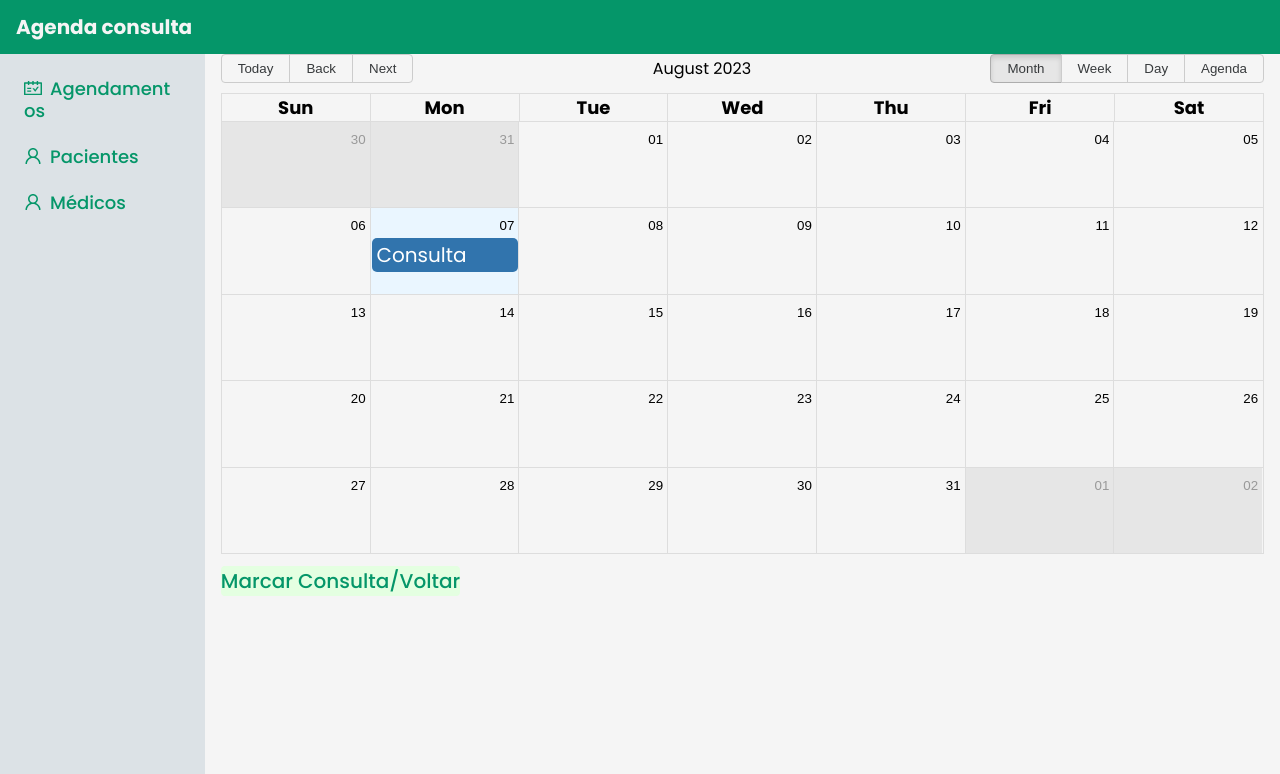
Repository: BarbaraCD/agendaconsulta
Page: /appointments/calendar
These files come from the project's save history. The page is drawn as it stood at one moment and after the next save; the edit follows.
The browser window is 1280 px wide. The pictures show the whole page.
The project was rebuilt for these pictures with package versions that can differ from the ones it lists, and the page was loaded fresh each time. Also part of the build but not shown: vite.config.ts, src/styles/StyleList.ts, src/components/Doctors.tsx, src/services/ApiConfig.ts, src/services/doctor.services.ts, src/styles/InputContainer.ts, src/components/InputDoctors.tsx, src/components/SubmitButton.tsx and 8 more.

Above is the page before, as saved 2023-08-08 08:53:59.

After the next save:
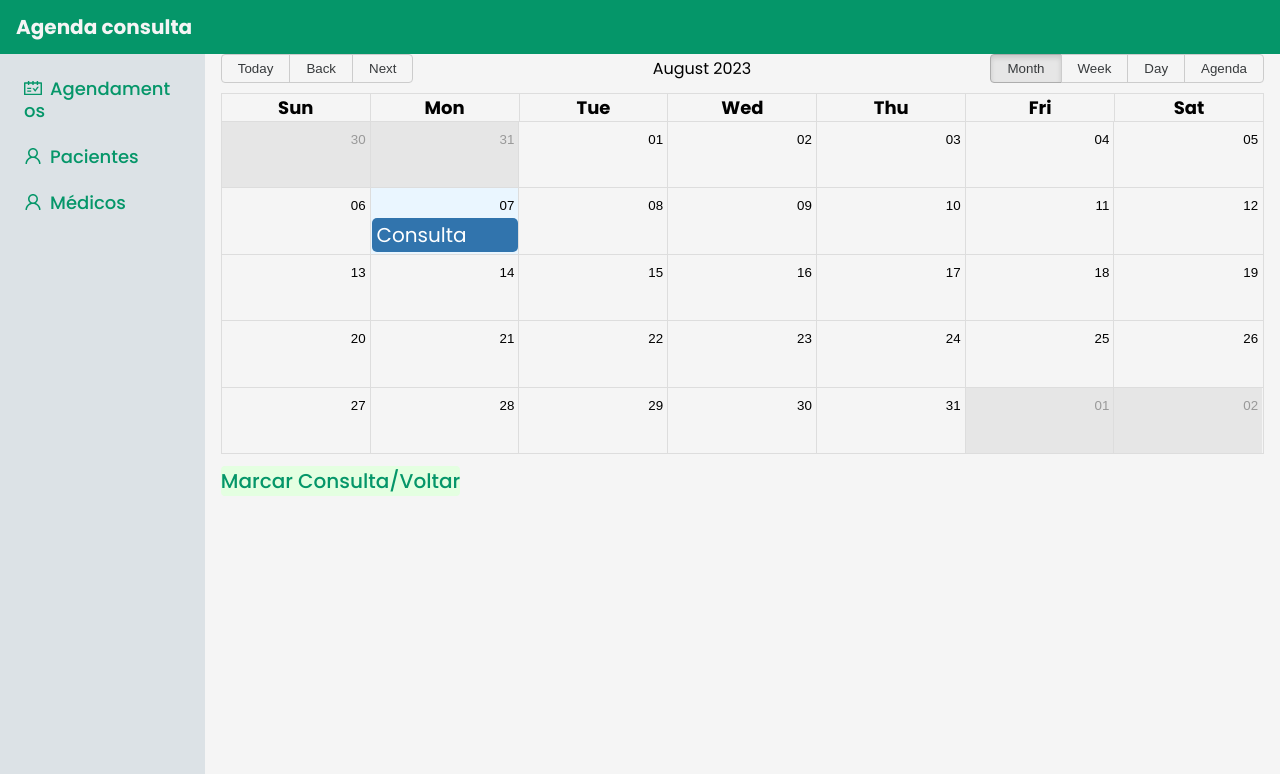
Saved 16 s later.
--- a/src/components/Calendar.tsx
+++ b/src/components/Calendar.tsx
@@ -29,7 +29,7 @@ export const AppointmentsCalendar = () => {
         defaultView='month'
         selectable
         popup
-        style={{ height: 500 }}
+        style={{ height: 400 }}
       />
       <ApFooter>
         <StyledA href="/appointments">Marcar Consulta/Voltar</StyledA>

After the save that followed:
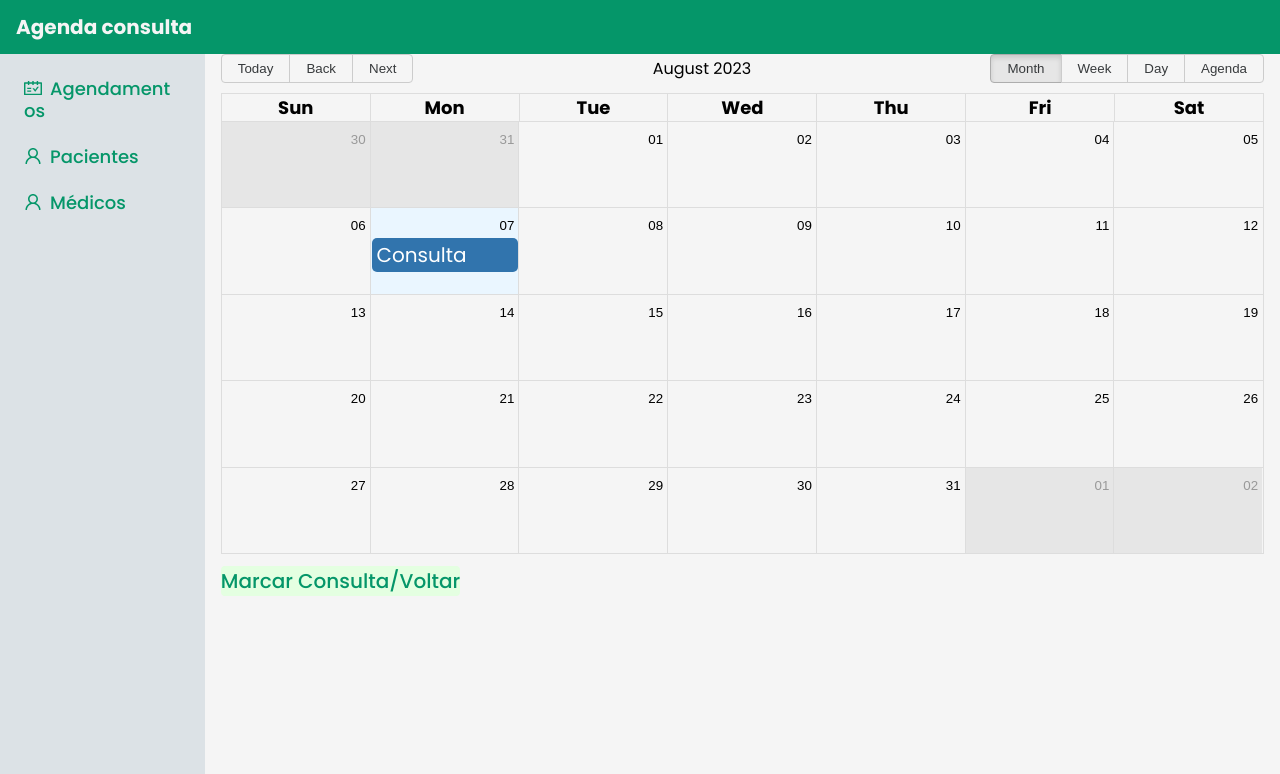
Saved 6 s later.
--- a/src/components/Calendar.tsx
+++ b/src/components/Calendar.tsx
@@ -29,7 +29,7 @@ export const AppointmentsCalendar = () => {
         defaultView='month'
         selectable
         popup
-        style={{ height: 400 }}
+        style={{ height: 500 }}
       />
       <ApFooter>
         <StyledA href="/appointments">Marcar Consulta/Voltar</StyledA>
